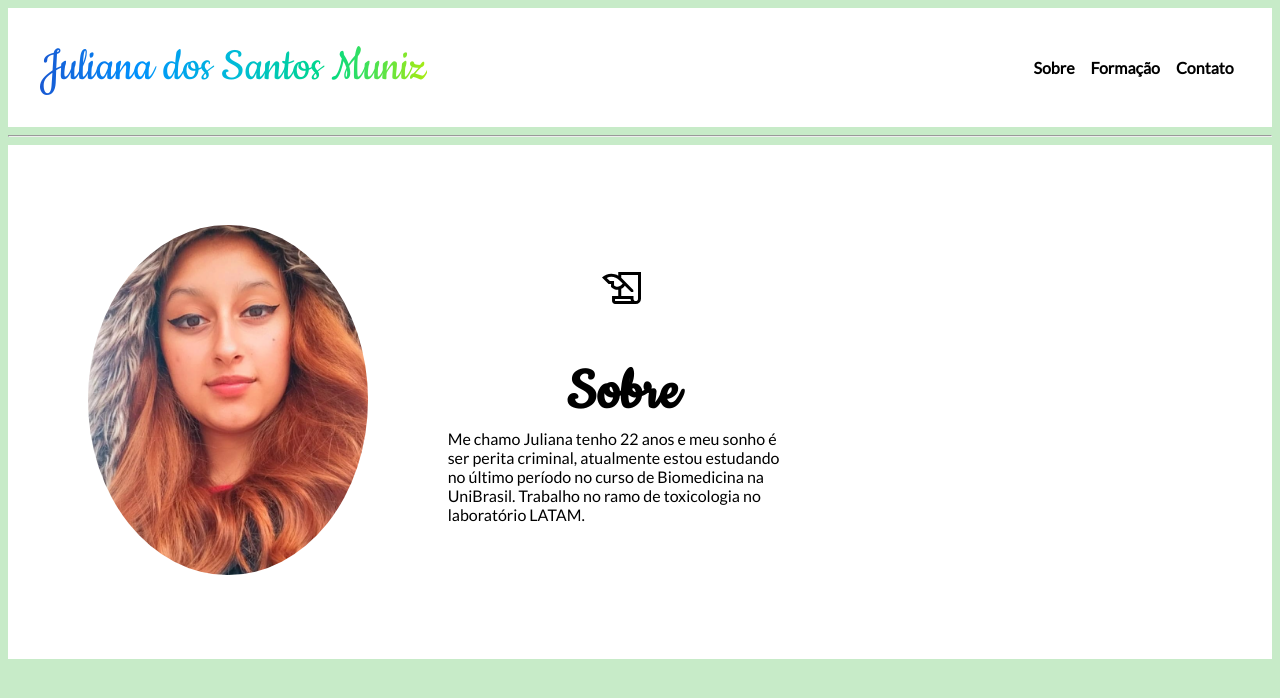
Repository: joaovnogueira/Portfolio-Juliana
Page: index.html
The author's editor kept a copy of each file at every save. The page is drawn from the files as they stood at one save, then again after a run of saves.
The browser window is 1280 px wide. The pictures show the whole page.

Above is the page before, as saved 2022-06-14 16:19:13.

After the next 2 saves:
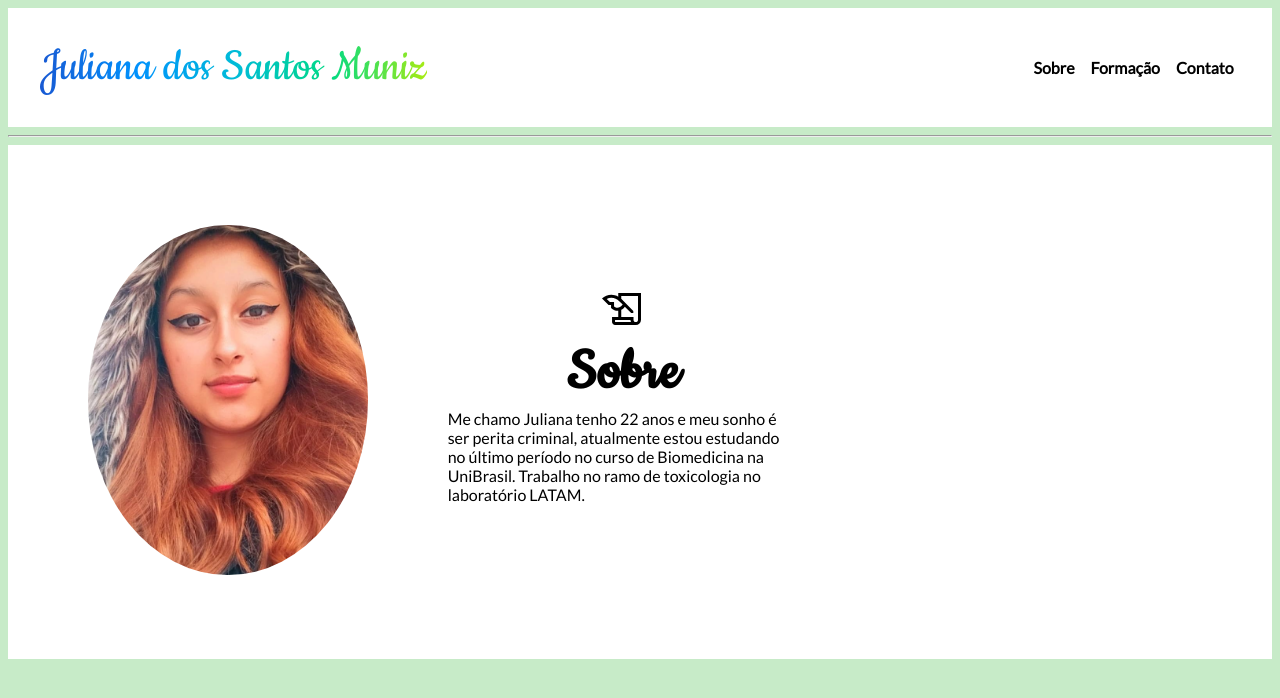
The 2 saves are shown as one change because they came seconds apart.
The last was saved 26 s later.
--- a/styles.css
+++ b/styles.css
@@ -72,6 +72,7 @@ h1{
     font-size: 64px;
     vertical-align:middle;
     margin-bottom: 1px;
+    margin-top: 1px;
 }
 
 p{
